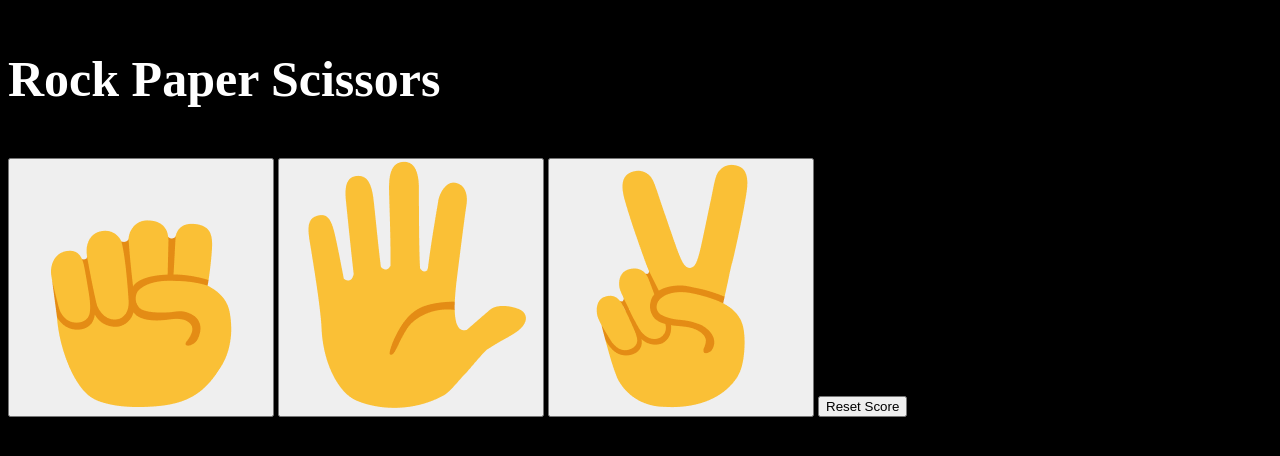
Repository: pgyunknown/Rock_paper_scissors-
Page: index.html
These files come from the project's save history. The page is drawn as it stood at one moment and after a run of saves; the edit follows.
The browser window is 1280 px wide. The pictures show the whole page.

Above is the page before, as saved 2024-08-30 17:00:27.

### index.html

<!DOCTYPE html>
<html>
  <head>
    <title>Rock Paper Scissors</title>
    <link rel="stylesheet" href="index.css">
  </head>
  <body>
    <p class="title">Rock Paper Scissors</p>
    <button onclick="
      playGame('rock');
    "><img src="images/rock-emoji.png" alt=""></button>

    <button onclick="
      playGame('paper');
    "><img src="images/paper-emoji.png" alt=""></button>

    <button onclick="
      playGame('scissors');
    "><img src="images/scissors-emoji.png" alt=""></button>

    <button onclick="
      score.wins = 0;
      score.losses = 0;
      score.ties = 0;
      localStorage.removeItem('score');
    ">Reset Score</button>

    <script src="index.js">

    </script>
  </body>
</html>

### index.css
body{
  background-color: black;
  color: white;
}
.title{
  font-size: 50px;
  font-weight: bold;
}

### index.js
      let score = JSON.parse(localStorage.getItem('score')) || {
        wins: 0,
        losses: 0,
        ties: 0
      };

      function pickComputerMove() {
        const randomNumber = Math.random();

        let computerMove = '';

        if (randomNumber >= 0 && randomNumber < 1 / 3) {
          computerMove = 'rock';
        } else if (randomNumber >= 1 / 3 && randomNumber < 2 / 3) {
          computerMove = 'paper';
        } else if (randomNumber >= 2 / 3 && randomNumber < 1) {
          computerMove = 'scissors';
      }

        return computerMove;
      }
      function playGame(playerMove) {
        const computerMove = pickComputerMove();

        let result = '';

        if (playerMove === 'scissors') {
          if (computerMove === 'rock') {
            result = 'You lose.';
          } else if (computerMove === 'paper') {
            result = 'You win.';
          } else if (computerMove === 'scissors') {
            result = 'Tie.';
          }

        } else if (playerMove === 'paper') {
          if (computerMove === 'rock') {
            result = 'You win.';
          } else if (computerMove === 'paper') {
            result = 'Tie.';
          } else if (computerMove === 'scissors') {
            result = 'You lose.';
          }

        } else if (playerMove === 'rock') {
          if (computerMove === 'rock') {
            result = 'Tie.';
          } else if (computerMove === 'paper') {
            result = 'You lose.';
          } else if (computerMove === 'scissors') {
            result = 'You win.';
          }
        }

        if (result === 'You win.') {
          score.wins += 1;
        } else if (result === 'You lose.') {
          score.losses += 1;
        } else if (result === 'Tie.') {
          score.ties += 1;
        }

        localStorage.setItem('score', JSON.stringify(score));

        alert(`You picked ${playerMove}. Computer picked ${computerMove}. ${result}
Wins: ${score.wins}, Losses: ${score.losses}, Ties: ${score.ties}`);
      }

After the next 3 saves:
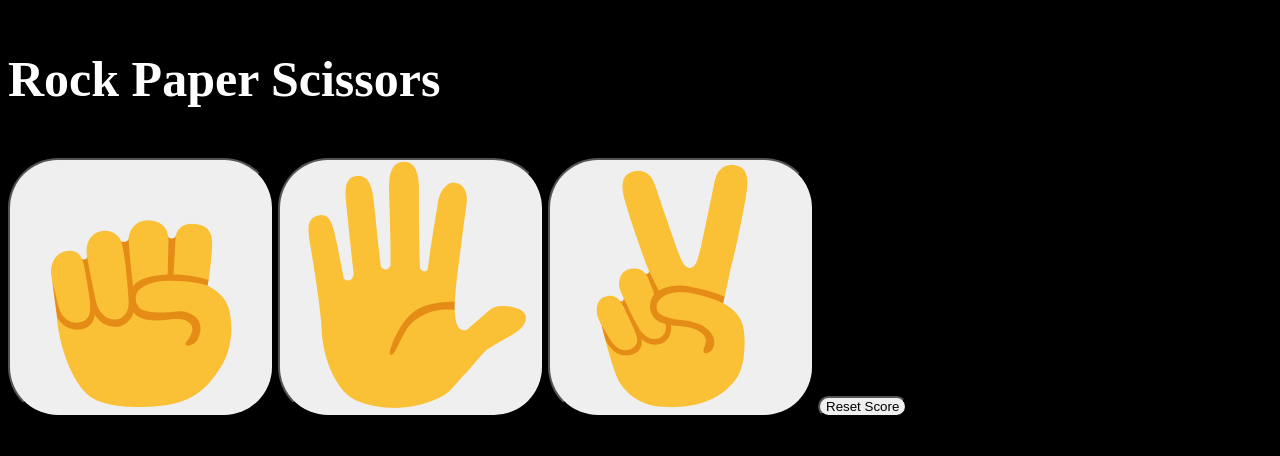
The 3 saves are shown as one change because they came seconds apart.
The last was saved 37 s later.
--- a/index.css
+++ b/index.css
@@ -6,3 +6,7 @@ body{
   font-size: 50px;
   font-weight: bold;
 }
+
+button{
+  border-radius: 50px;
+}
